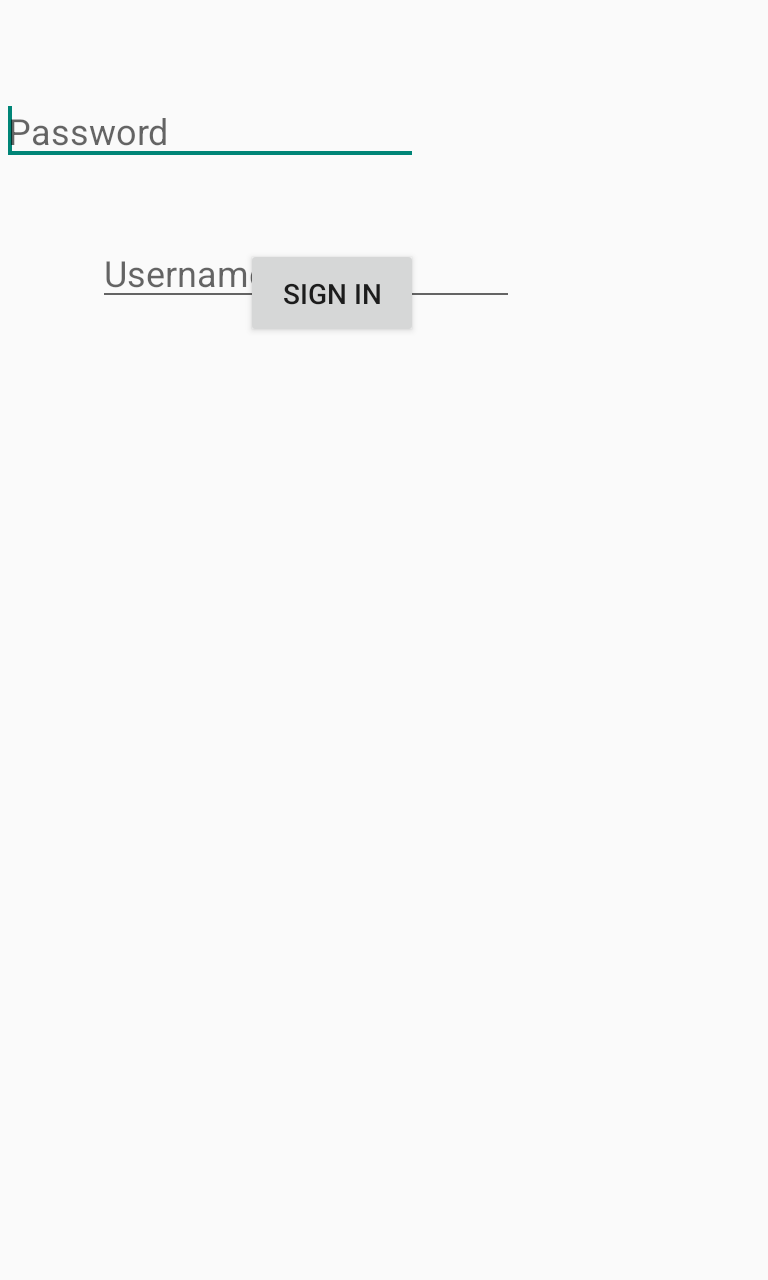
Repository: LogInc/oscar_app
Layout: Android/Oscar/res/layout/activity_login.xml
The author's editor kept a copy of each file at every save. The layout is drawn from the files as they stood at one save, then again after the next save.
It is drawn on a 768 x 1280 px phone screen (xhdpi) without system bars, with theme AppTheme; the app's code is not run.

Above is the layout before, as saved 2015-02-19 12:57:00.

### Android/Oscar/res/layout/activity_login.xml
<RelativeLayout xmlns:android="http://schemas.android.com/apk/res/android"
    xmlns:tools="http://schemas.android.com/tools"
    android:layout_width="match_parent"
    android:layout_height="match_parent"
    tools:context="${relativePackage}.${activityClass}" >

    <EditText
        android:id="@+id/username"
        android:layout_width="wrap_content"
        android:layout_height="wrap_content"
        android:layout_alignParentLeft="true"
        android:layout_marginLeft="48dp"
        android:layout_marginTop="114dp"
        android:ems="10"
        android:hint="@string/Username" />

    <EditText
        android:id="@+id/password"
        android:layout_width="wrap_content"
        android:layout_height="wrap_content"
        android:layout_alignLeft="@+id/editText1"
        android:layout_below="@+id/editText1"
        android:layout_marginTop="43dp"
        android:ems="10"
        android:hint="@string/Password" >

        <requestFocus />
    </EditText>

    <Button
        android:id="@+id/button1"
        android:layout_width="wrap_content"
        android:layout_height="wrap_content"
        android:layout_alignRight="@+id/password"
        android:layout_below="@+id/password"
        android:layout_marginTop="38dp"
        android:text="@string/SignIn" />

</RelativeLayout>

### Android/Oscar/res/values/strings.xml
<?xml version="1.0" encoding="utf-8"?>
<resources>

    <string name="app_name">Oscar</string>
    <string name="title_activity_login">Login</string>
    <string name="hello_world">Hello world!</string>
    <string name="Password">Password</string>
    <string name="Username">Username</string>
    <string name="SignIn">Sign In</string>

</resources>

Loaded but not shown: Android/Oscar/res/values/styles.xml (common file); Android/Oscar/res/values-v11/styles.xml (common file); Android/Oscar/res/values-v14/styles.xml (common file)

After the next save:
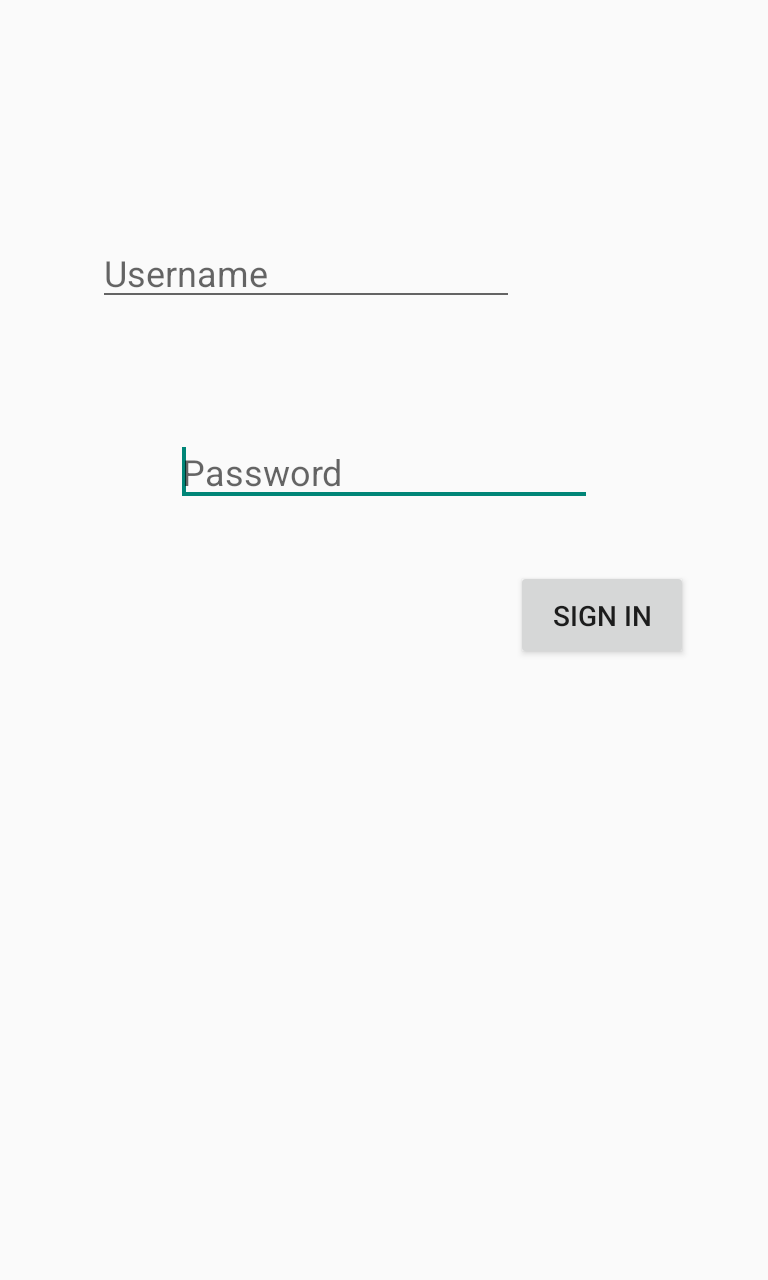
Saved 45 s later.
--- a/Android/Oscar/res/layout/activity_login.xml
+++ b/Android/Oscar/res/layout/activity_login.xml
@@ -14,26 +14,27 @@
         android:ems="10"
         android:hint="@string/Username" />
 
+    <Button
+        android:id="@+id/button1"
+        android:layout_width="wrap_content"
+        android:layout_height="wrap_content"
+        android:layout_alignParentRight="true"
+        android:layout_below="@+id/username"
+        android:layout_marginRight="39dp"
+        android:layout_marginTop="128dp"
+        android:text="@string/SignIn" />
+
     <EditText
         android:id="@+id/password"
         android:layout_width="wrap_content"
         android:layout_height="wrap_content"
-        android:layout_alignLeft="@+id/editText1"
-        android:layout_below="@+id/editText1"
-        android:layout_marginTop="43dp"
+        android:layout_below="@+id/username"
+        android:layout_centerHorizontal="true"
+        android:layout_marginTop="58dp"
         android:ems="10"
         android:hint="@string/Password" >
 
         <requestFocus />
     </EditText>
 
-    <Button
-        android:id="@+id/button1"
-        android:layout_width="wrap_content"
-        android:layout_height="wrap_content"
-        android:layout_alignRight="@+id/password"
-        android:layout_below="@+id/password"
-        android:layout_marginTop="38dp"
-        android:text="@string/SignIn" />
-
 </RelativeLayout>
